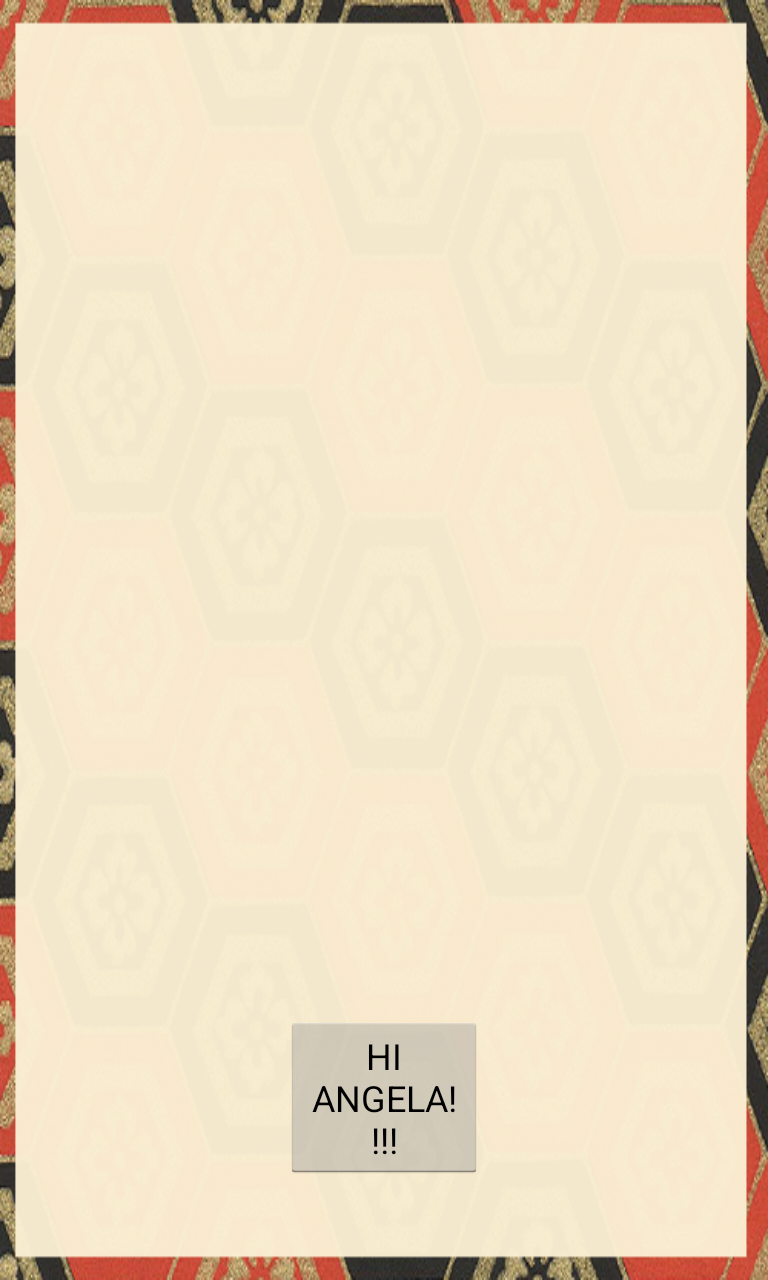
Repository: Kreispy/Sushi-Samurai
Layout: SushiNinja/res/layout/recipes.xml
The author's editor kept a copy of each file at every save. The layout is drawn from the files as they stood at one save, then again after the next save.
It is drawn on a 768 x 1280 px phone screen (xhdpi) without system bars, with theme AppTheme; the app's code is not run.

Above is the layout before, as saved 2013-04-27 07:47:07.

### SushiNinja/res/layout/recipes.xml
<?xml version="1.0" encoding="utf-8"?>
<RelativeLayout xmlns:android="http://schemas.android.com/apk/res/android"
    android:layout_width="fill_parent"
    android:layout_height="fill_parent"
    android:background="@drawable/scroll" >

     <Button
         android:id="@+id/OKbutton1"
         android:layout_width="100dp"
         android:layout_height="wrap_content"
         android:layout_centerHorizontal="true"
     	 android:layout_alignParentBottom="true"
     	 android:layout_marginBottom="50dp"
         android:text = "HI ANGELA!!!!" />



</RelativeLayout>

Loaded but not shown: SushiNinja/res/values/styles.xml (common file); SushiNinja/res/values-v11/styles.xml (common file); SushiNinja/res/values-v14/styles.xml (common file)

After the next save:
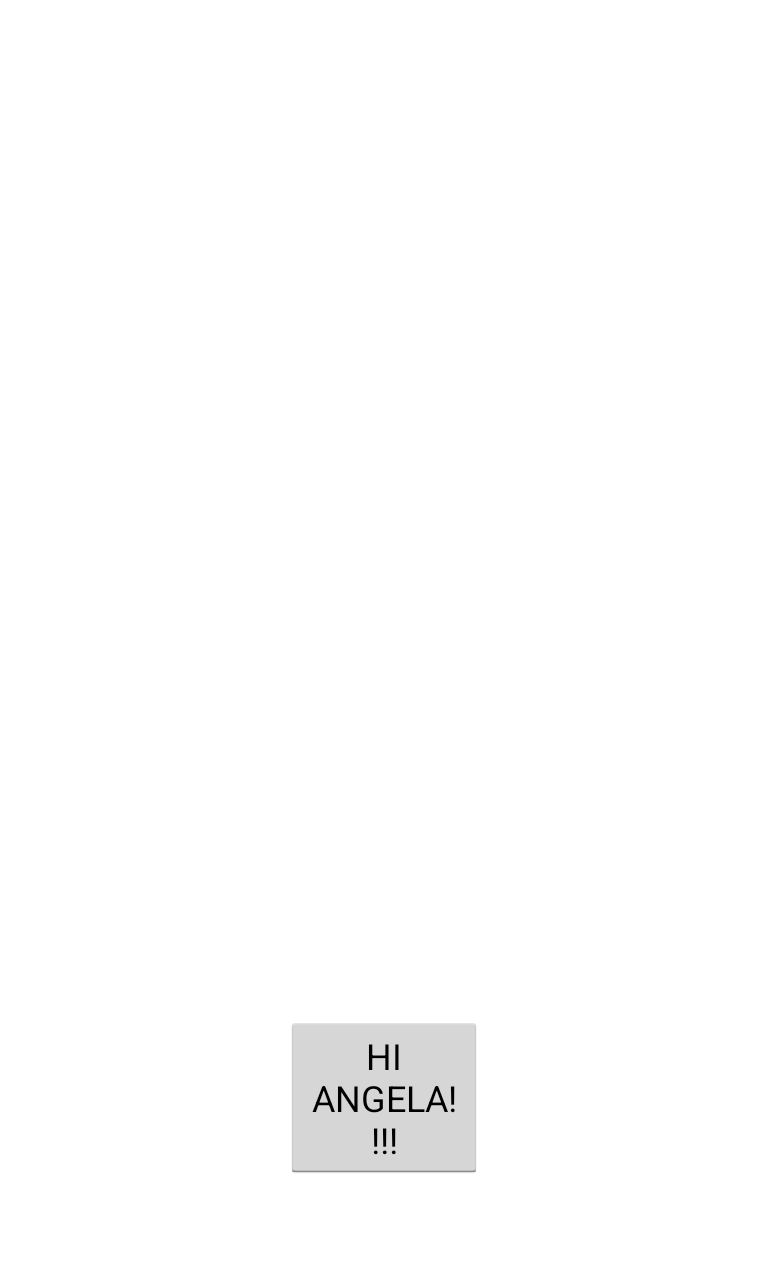
Saved 4 min 38 s later.
--- a/SushiNinja/res/layout/recipes.xml
+++ b/SushiNinja/res/layout/recipes.xml
@@ -1,8 +1,7 @@
 <?xml version="1.0" encoding="utf-8"?>
 <RelativeLayout xmlns:android="http://schemas.android.com/apk/res/android"
-    android:layout_width="fill_parent"
-    android:layout_height="fill_parent"
-    android:background="@drawable/scroll" >
+    android:layout_width="wrap_content"
+    android:layout_height="wrap_content" >
 
      <Button
          android:id="@+id/OKbutton1"
@@ -13,6 +12,4 @@
      	 android:layout_marginBottom="50dp"
          android:text = "HI ANGELA!!!!" />
 
-
-
 </RelativeLayout>
